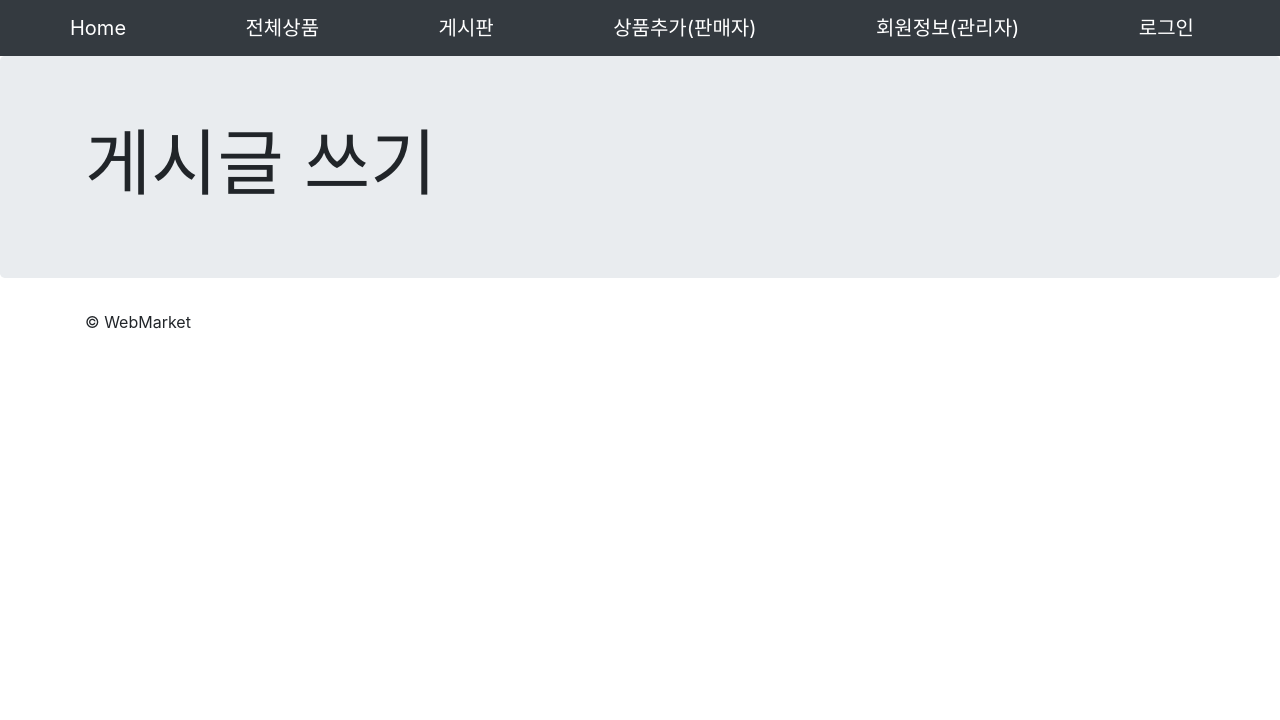
Repository: davisbyun/ai
Page: http://localhost/WebMarket/board/boardInsert.jsp
These files come from the project's save history. The page is drawn as it stood at one moment and after the next save; the edit follows.
The browser window is 1280 px wide. The pictures show the whole page.
The page is served by Tomcat 9.

Above is the page before, as saved 2024-01-30 03:38:45.

After the next save:
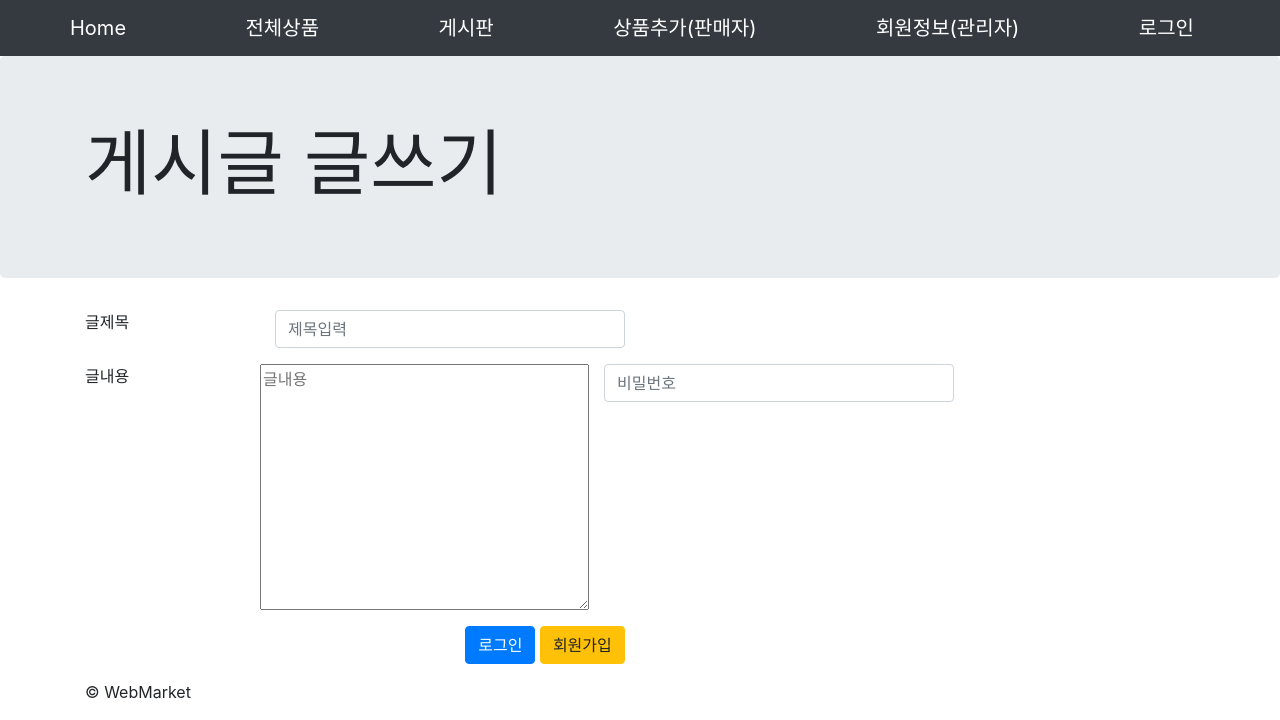
Saved 9 min 10 s later.
--- a/WebMarket/src/main/webapp/board/boardInsert.jsp
+++ b/WebMarket/src/main/webapp/board/boardInsert.jsp
@@ -13,10 +13,37 @@
   <jsp:include page="../menu.jsp"></jsp:include>
   <div class="jumbotron">
     <div class="container">
-        <h1 class="display-3"> 게시글 쓰기 </h1>
+        <h1 class="display-3"> 게시글 글쓰기 </h1>
     </div>
   </div>
 
+  <div class="container">
+     <form action="processBoardInsert.jsp"  name="board" class="form-horizontal"  method="post">
+
+         <div class="form-group row">
+            <label class="col-sm-2 f1"> 글제목 </label>
+            <div class="col-sm-4">
+                <input type="text" name="title" id="tite" placeholder="제목입력"  class="form-control">
+            </div>
+         </div>
+
+         <div class="form-group row">
+            <label class="col-sm-2 f1"> 글내용 </label>
+               <textarea rows = "10" cols="30" name="content" placeholder="글내용"></textarea>
+
+            <div class="col-sm-4">
+                <input type="password" name="pwd"  id="pwd"  placeholder="비밀번호" class="form-control">
+            </div>
+         </div>
+                  <div class="form-group row">
+            <div class="col-sm-offset-2  col-sm-10  col  text-center">
+                <input type="submit"  class="btn btn-primary f1" value="로그인" >
+               <a href="join.jsp" class="btn btn-warning">  회원가입 </a>
+            </div>
+         </div>
+
+    </form>
+  </div>
 
   <jsp:include page="../footer.jsp"/>
 
